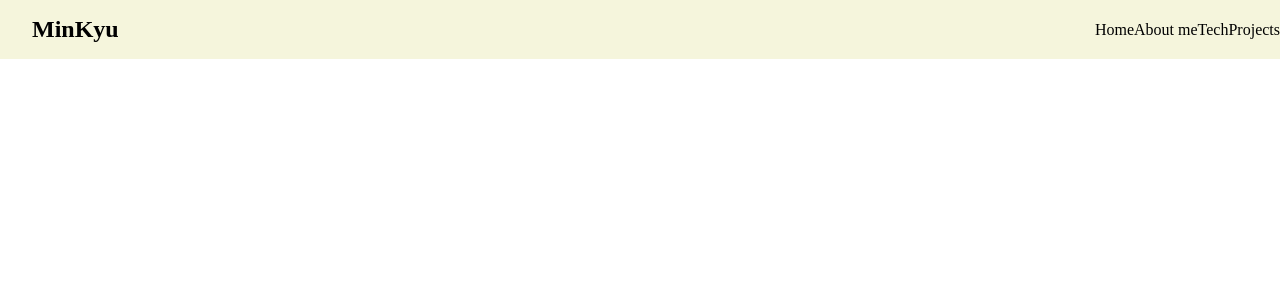
Repository: alsrb0504/portfolio-blog
Page: /
An editor plug-in stored every save of this project. The page is shown before and after a run of saves, followed by the edit.
The browser window is 1280 px wide. The pictures show the whole page.
The project was rebuilt for these pictures with package versions that can differ from the ones it lists, and the page was loaded fresh each time. Also part of the build but not shown: src/app.module.css.

Above is the page before, as saved 2021-07-12 15:45:39.

After the next 2 saves:
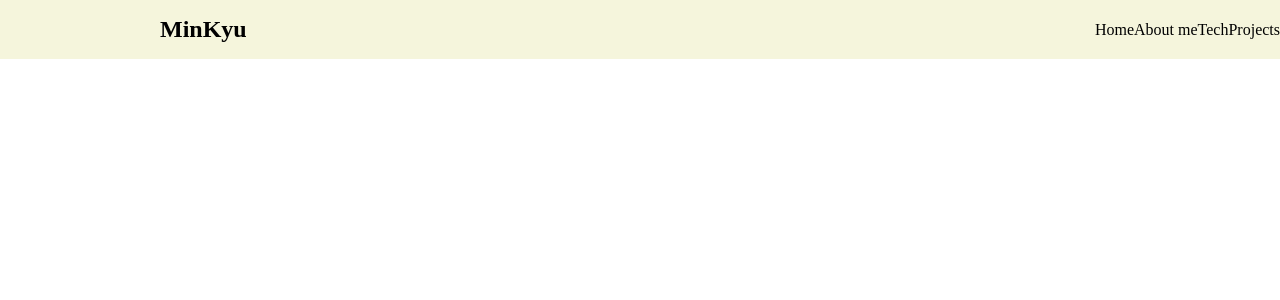
The 2 saves are shown as one change because they came seconds apart.
The last was saved 15 s later.
--- a/src/components/header/header.module.css
+++ b/src/components/header/header.module.css
@@ -9,7 +9,7 @@
 
 .title {
   /* margin: 0; */
-  padding-left: 2rem;
+  padding-left: 10rem;
 }
 
 .menus {
